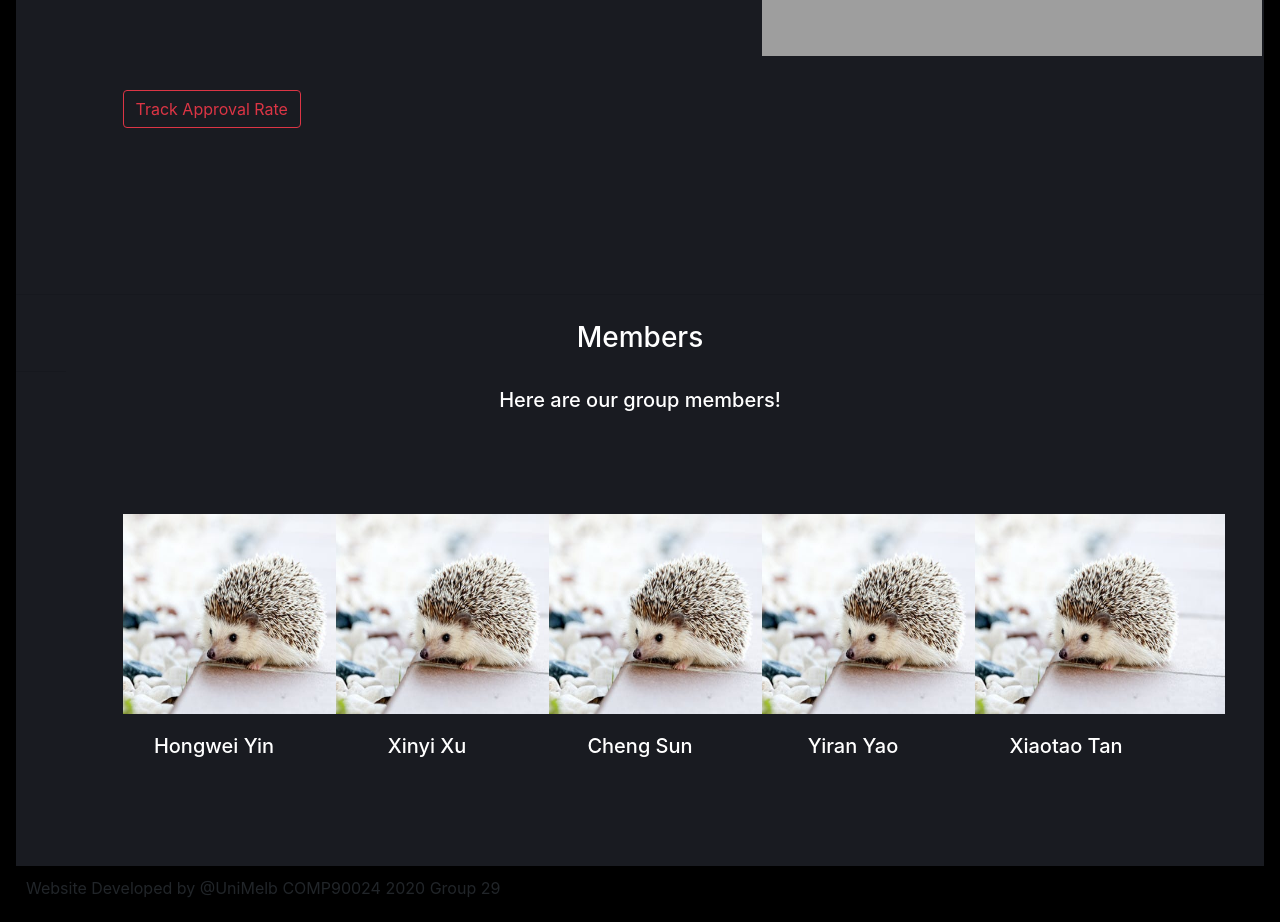
Repository: gusyi/COMP90024_Team29
Page: frontend/templates/frontend/home.html
The author's editor kept a copy of each file at every save. The page is drawn from the files as they stood at one save, then again after the next save.
The browser window is 1280 px wide. The pictures show the part of the page from y = 623 to 1575 px (the page is 1545 px tall before and 1575 px after).
Pictures or frames that could not be fetched are drawn as grey boxes. Some web libraries are served in a nearby version. The template is drawn by Django 3.2. The application's start-up code is not run. Other server files are loaded and not shown. The template is opened directly, without the code that normally fills it, so the values that code supplies are empty.

Above is the page before, as saved 2020-05-25 23:41:17.

### backend/frontend/templates/frontend/home.html
{% extends "base_generic.html" %}

{% block main%}

    <div style="background-color:rgb(25, 27, 33);">


    <div style="height: 30px"></div>

    <div class="row">
        <div class="col-sm-1"></div>
        <div class="col-sm-6">
           <div style="height: 70px"></div>
            <h1 style="font-size:100px;color:white;" > Scott Morrison</h1>
            <svg height="30" width="1000">
                <line x1="0" y1="30" x2="400" y2="30" style="stroke:rgb(255,255,255);stroke-width:20" />
            </svg>
            <div style="height: 20px"></div>
            <h1 style="font-size:50px;color:white;" > A Sentiment Analysis on</h1>
            <h1 style="font-size:50px;color:white;" > Twitter Content</h1>

            <div style="height: 80px"></div>
            <a href="/map/"><button type="button" class="btn btn-outline-danger">Track Approval Rate</button></a>


        </div>
        <div class="col-sm-5">
            <div style="height: 50px"></div>
            {% load static %}
            <img src="{% static 'frontend/images/test2.svg' %}" width="500" height="500"/>


        </div>

    </div>
    <div style="height: 150px"></div>
    <hr>

    <div style="height: 10px"></div>
    <h3  style="text-align: center;color:white;"> Members</h3>
    <hr style="width:50px;text-align:center;color:white;margin-left:0">
    <h5  style="text-align: center;color:white;"> Here are our group members!</h5>
    <br>
    <div style="height: 20px"></div>
    <div class="row">
        <div class="col-sm-1"></div>
        <div class="col-sm-2">

            <div style="height: 50px"></div>
            {% load static %}
            <img src="{% static 'frontend/images/pic1.jpeg' %}" width="250" height="200"/>
            <div style="height: 20px"></div>

            <h5 style="text-align: center;color:white;">Hongwei Yin</h5>


        </div>

        <div class="col-sm-2">
            <div style="height: 50px"></div>
            {% load static %}
            <img src="{% static 'frontend/images/pic1.jpeg' %}" width="250" height="200"/>
            <div style="height: 20px"></div>

            <h5 style="text-align: center;color:white;">Xinyi Xu</h5>


        </div>

        <div class="col-sm-2">
            <div style="height: 50px"></div>
            {% load static %}
            <img src="{% static 'frontend/images/pic1.jpeg' %}" width="250" height="200"/>
            <div style="height: 20px"></div>

            <h5 style="text-align: center;color:white;">Cheng Sun</h5>


        </div>

        <div class="col-sm-2">
            <div style="height: 50px"></div>
            {% load static %}
            <img src="{% static 'frontend/images/pic1.jpeg' %}" width="250" height="200"/>
            <div style="height: 20px"></div>

            <h5 style="text-align: center;color:white;">Yiran Yao</h5>


        </div>

        <div class="col-sm-2">
            <div style="height: 50px"></div>
            {% load static %}
            <img src="{% static 'frontend/images/pic1.jpeg' %}" width="250" height="200"/>
            <div style="height: 20px"></div>

            <h5 style="text-align: center;color:white;">Xiaotao Tan</h5>


        </div>

    </div>
    <div style="height: 100px"></div>



    <div>

    </div>
    </div>



{% endblock %}

### backend/frontend/templates/base_generic.html
<!doctype html>
<html lang="en">
  <head>
    <meta charset="utf-8">
    <meta name="viewport" content="width=device-width, initial-scale=1, shrink-to-fit=no">
    <meta name="description" content="">
    <meta name="author" content="Mark Otto, Jacob Thornton, and Bootstrap contributors">
    <meta name="generator" content="Jekyll v3.8.6">
    {% block title %}<title>Morrison Index</title>{% endblock %}


    <link rel="canonical" href="https://getbootstrap.com/docs/4.4/examples/cover/">

  {% load static %}
  <link rel="stylesheet" href="{% static 'frontend/bootstrap.min.css' %}">
  <script src="https://kit.fontawesome.com/e01ef97213.js" crossorigin="anonymous"></script>

    <!-- Favicons -->
<link rel="apple-touch-icon" href="/docs/4.4/assets/img/favicons/apple-touch-icon.png" sizes="180x180">
<link rel="icon" href="/docs/4.4/assets/img/favicons/favicon-32x32.png" sizes="32x32" type="image/png">
<link rel="icon" href="/docs/4.4/assets/img/favicons/favicon-16x16.png" sizes="16x16" type="image/png">
<link rel="manifest" href="/docs/4.4/assets/img/favicons/manifest.json">
<link rel="mask-icon" href="/docs/4.4/assets/img/favicons/safari-pinned-tab.svg" color="#563d7c">
<link rel="icon" href="/docs/4.4/assets/img/favicons/favicon.ico">
<meta name="msapplication-config" content="/docs/4.4/assets/img/favicons/browserconfig.xml">
<meta name="theme-color" content="#563d7c">

    <style>
        #footer {

            padding: 10px 10px 0px 10px;
            bottom: 0;
            width: 100%;
            /* Height of the footer*/
            height: 40px;
            background: dark;
        }
        .bd-placeholder-img {
          font-size: 1.125rem;
          text-anchor: middle;
          -webkit-user-select: none;
          -moz-user-select: none;
          -ms-user-select: none;
          user-select: none;
        }

        @media (min-width: 768px) {
          .bd-placeholder-img-lg {
            font-size: 3.5rem;
          }
        }
    </style>

  </head>
  <header class="masthead mb-auto">
    <div class="inner">

        <nav class="navbar navbar-expand-lg navbar-dark bg-black">

            {% load static %}
            <img src="{% static 'frontend/images/website_logo_90_675.svg' %}" width="90" height="67"/>
            <a class="navbar-brand" href="/">Morrison Index</a>
            <button class="navbar-toggler" type="button" data-toggle="collapse" data-target="#navbarColor02" aria-controls="navbarColor02" aria-expanded="false" aria-label="Toggle navigation">
                <span class="navbar-toggler-icon"></span>
            </button>


            <div class="collapse navbar-collapse" id="navbarColor02">
                <ul class="navbar-nav mr-auto">
                <li class="nav-item active">
                    <a class="nav-link" href="/">Home <span class="sr-only">(current)</span></a>
                </li>
                <li class="nav-item">
                    <a class="nav-link" href="/map/">Map and Statistics</a>
                </li>
                </ul>

            </div>
        </nav>
    </div>
  </header>
  <body style="background-color:black;">

  {% load static %}
  <script src="{% static "frontend/main.js" %}"></script>
    <div class="cover-container d-flex w-100 h-100 p-3 mx-auto flex-column">


  <main role="main" class="inner cover">
  {% block main%}
  {% endblock%}

  </main>

  <div id="footer" >
    <div class="inner">
      <p>Website Developed by @UniMelb COMP90024 2020 Group 29</p>
    </div>
  </div>
</div>
</body>
<script src="https://code.jquery.com/jquery-3.4.1.slim.min.js" integrity="sha384-J6qa4849blE2+poT4WnyKhv5vZF5SrPo0iEjwBvKU7imGFAV0wwj1yYfoRSJoZ+n" crossorigin="anonymous"></script>
<script src="https://cdn.jsdelivr.net/npm/popper.js@1.16.0/dist/umd/popper.min.js" integrity="sha384-Q6E9RHvbIyZFJoft+2mJbHaEWldlvI9IOYy5n3zV9zzTtmI3UksdQRVvoxMfooAo" crossorigin="anonymous"></script>
<script src="https://stackpath.bootstrapcdn.com/bootstrap/4.4.1/js/bootstrap.min.js" integrity="sha384-wfSDF2E50Y2D1uUdj0O3uMBJnjuUD4Ih7YwaYd1iqfktj0Uod8GCExl3Og8ifwB6" crossorigin="anonymous"></script>

</html>

Loaded but not shown: backend/frontend/static/frontend/bootstrap.min.css (library); backend/frontend/static/frontend/main.js (library); backend/frontend/static/frontend/images/website_logo_90_675.svg (549 lines, source omitted)

After the next save:
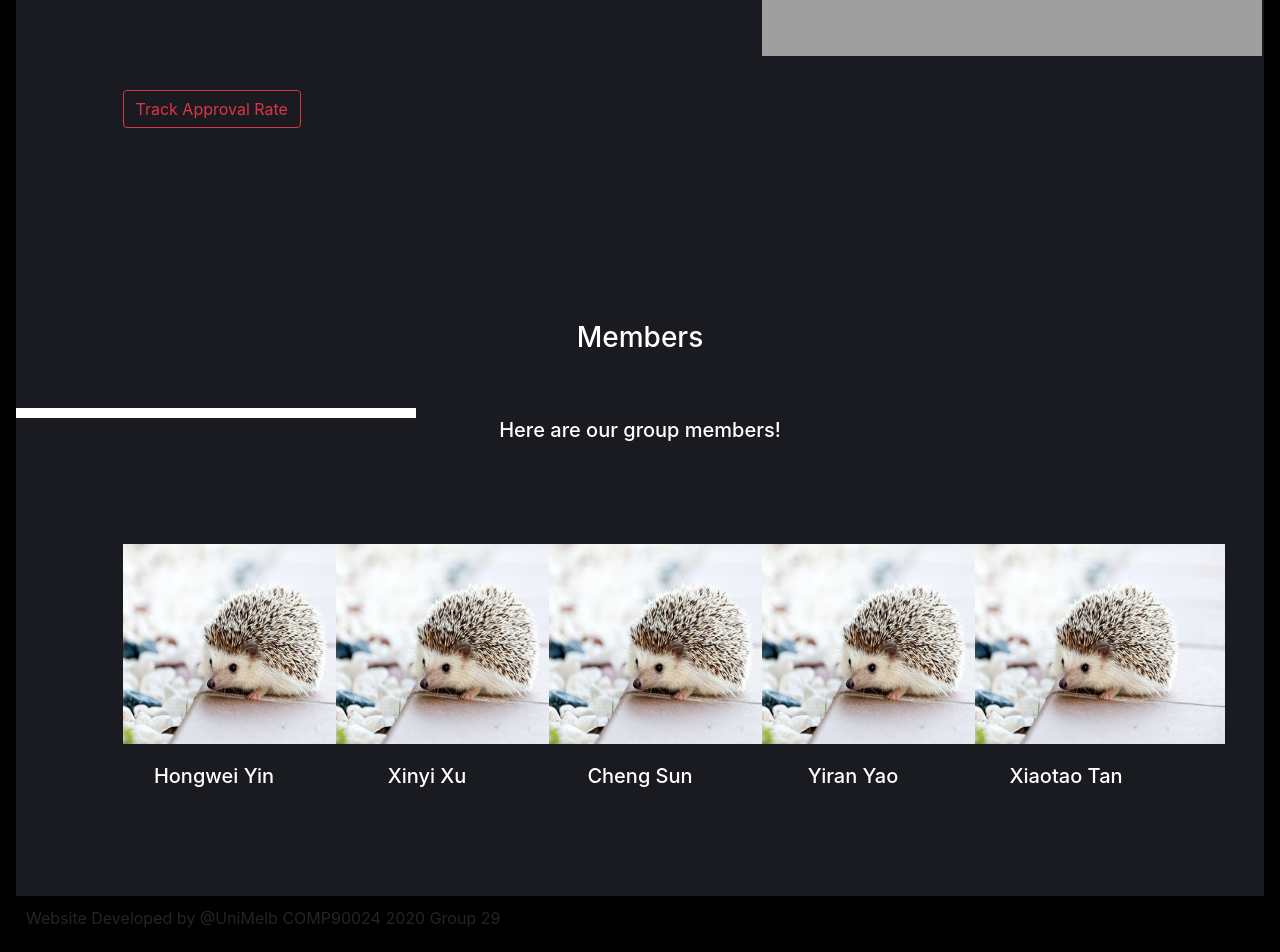
Saved 46 s later.
--- a/backend/frontend/templates/frontend/home.html
+++ b/backend/frontend/templates/frontend/home.html
@@ -39,6 +39,9 @@
     <div style="height: 10px"></div>
     <h3  style="text-align: center;color:white;"> Members</h3>
     <hr style="width:50px;text-align:center;color:white;margin-left:0">
+    <svg height="30" width="1000">
+        <line x1="0" y1="30" x2="400" y2="30" style="stroke:rgb(255,255,255);stroke-width:20" />
+    </svg>
     <h5  style="text-align: center;color:white;"> Here are our group members!</h5>
     <br>
     <div style="height: 20px"></div>
